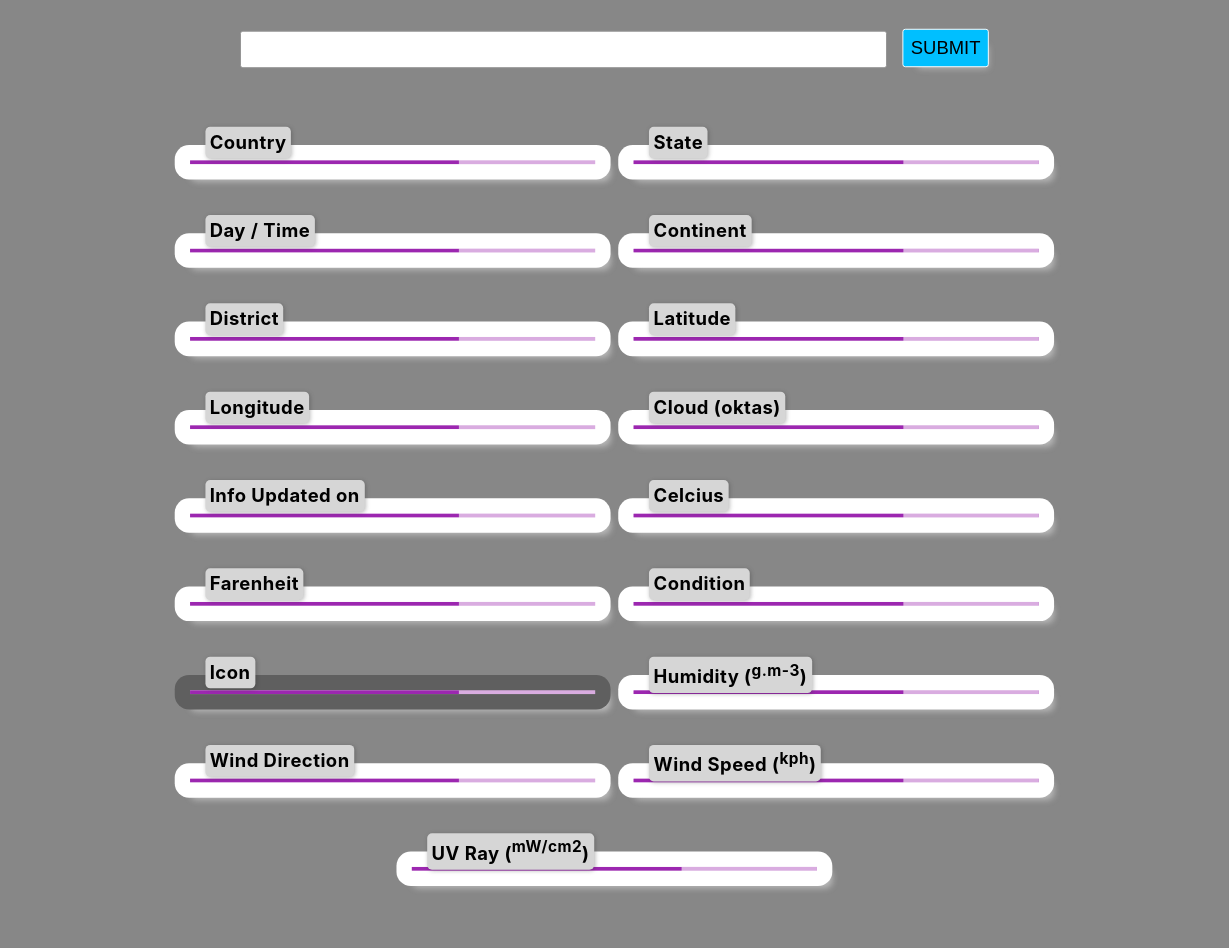
Repository: Imprasna/practising-API
Page: /
An editor plug-in stored every save of this project. The page is shown before and after the next save, followed by the edit.
The browser window is 1280 px wide. The pictures show the whole page, at 96% of full size.
The project was rebuilt for these pictures with package versions that can differ from the ones it lists, and the page was loaded fresh each time. Also part of the build but not shown: src/component/Country.js, src/component/Region.js, src/component/Time.js, src/component/Continent.js, src/component/District.js, src/component/Cloud.js, src/component/UpdatedWeather.js, src/component/Celcius.js and 9 more.

Above is the page before, as saved 2021-11-12 00:07:54.

### src/App.js
import './App.css';
import Get from './Get'

function App() {
  return (
    <div className="App">
      <Get />
    </div>
  );
}

export default App;

### src/Get.js
import React, { useState } from "react";
import axios from "axios";
// import moment from 'moment';
import Country from "./component/Country";
import Region from "./component/Region";
import Time from "./component/Time";
import Continent from "./component/Continent";
import District from "./component/District";
import Cloud from "./component/Cloud";
import UpdatedWeather from "./component/UpdatedWeather";
import Celcius from "./component/Celcius";
import Farenheit from "./component/Farenheit";
import Latitude from "./component/Latitude";
import Longitude from "./component/Longitude";
import Condition from "./component/Condition";
import Icon from "./component/Icon";
import Humidity from "./component/Humidity";
import WindDirection from "./component/WindDirection";
import WindSpeed from "./component/WindSpeed";
import Uv from "./component/Uv";
import "./component/style.css";
// import CircularProgress from '@mui/material/CircularProgress';
import LinearProgress from '@mui/material/LinearProgress';



const Get = () => {
	const [getPost, setGetPost] = useState([]);
	const [loading, setLoading] = useState(false);
	const [values, setValues] = useState({ cities: "" });

	React.useEffect =
		(() => {
			getData();

			const CName = () => {
				setGetPost(getPost);
			};
			CName();
		},
		[]);

		const getData = async () =>
		{
			const city = values.cities;
			try {
				const res = await axios.get(
					`http://api.weatherapi.com/v1/current.json?key=b572a200fc624a6a85671436211310&q=${city}&aqi=yes`
					);
				setTimeout(function ()
				{
					// console.log(res.data.current);
					// console.log(res.data.location);
					// setGetPost(res.data);
					(setGetPost(res.data))
					setLoading(true);
				}, 3000);

			console.log(getPost);
			// console.log(res.data.current);
			// setGetPost({res});
		} catch (err) {
			console.log(err);
		}
	};
	console.log(getPost);

	const onChangeHandler = (e) => {
		const name = e.target.name;
		const value = e.target.value;

		// here values is the state name
		let inputValues = values;
		inputValues[name] = value;
		setValues({ ...inputValues });
		setLoading(false);
	};

	return (
		<>
			<input
				className="search-box"
				type="text"
				value={values.cities}
				name="cities"
				onChange={(e) => onChangeHandler(e)}
			/>
			<button className="button" onClick={getData}>
				Submit
			</button>

			<div className="whole">
				<div className="Country">
					{loading ? (<Country CName={getPost} />) : (<LinearProgress  color="secondary"  />)}
					<h1>Country</h1>
				</div>

				<div className="region">
				{loading ? (<Region CName={getPost} />) : (<LinearProgress  color="secondary"  />) }
					<h1>State</h1>

				</div>

				<div className="time">
				{loading ? (<Time CName={getPost} />) : (<LinearProgress  color="secondary"  />) }
					<h1>Day / Time</h1>

				</div>

				<div className="continent">
				{loading ? (<Continent CName={getPost} />) : (<LinearProgress  color="secondary"  />) }
					<h1>Continent</h1>

				</div>

				<div className="district">
				{loading ? (<District CName={getPost} />) : (<LinearProgress  color="secondary"  />) }
					<h1>District</h1>

				</div>

				<div className="lat">
				{loading ? (<Latitude CName={getPost} />) : (<LinearProgress  color="secondary"  />) }
					<h1>Latitude</h1>

				</div>

				<div className="lon">
				{loading ? (<Longitude CName={getPost} />) : (<LinearProgress  color="secondary"  />) }
					<h1>Longitude</h1>

				</div>

				<div className="cloud">
				{loading ? (<Cloud CName={getPost} />) : (<LinearProgress  color="secondary"  />) }
					<h1>Cloud (oktas)</h1>

				</div>

				<div className="upt">
				{loading ? (<UpdatedWeather CName={getPost} />) : (<LinearProgress  color="secondary"  />) }
					<h1>Info Updated on</h1>

				</div>

				<div className="cel">
				{loading ? (<Celcius CName={getPost} />) : (<LinearProgress  color="secondary"  />) }
					<h1>Celcius</h1>

				</div>

				<div className="far">
				{loading ? (<Farenheit CName={getPost} />) : (<LinearProgress  color="secondary"  />) }
					<h1>Farenheit</h1>

				</div>

				<div className="cond">
				{loading ? (<Condition CName={getPost} />) : (<LinearProgress  color="secondary"  />) }
					<h1>Condition</h1>

				</div>

				<div className="icon">
				{loading ? (<Icon CName={getPost} />) : (<LinearProgress  color="secondary"  />) }
					<h1>Icon</h1>

				</div>

				<div className="hum">
				{loading ? (<Humidity CName={getPost} />) : (<LinearProgress  color="secondary"  />) }
					<h1>
						Humidity (<sup>g.m-3</sup>)
					</h1>

				</div>


				<div className="wd">
				{loading ? (<WindDirection CName={getPost} />) : (<LinearProgress  color="secondary"  />) }
					<h1>Wind Direction</h1>

				</div>

				<div className="ws">
				{loading ? (<WindSpeed CName={getPost} />) : (<LinearProgress  color="secondary"  />) }
					<h1>
						Wind Speed (<sup>kph</sup>)
					</h1>

				</div>

				<div className="uv">
				{loading ? (<Uv CName={getPost} />) : (<LinearProgress  color="secondary"  />) }
					<h1>
						UV Ray (<sup>mW/cm2</sup>)
					</h1>

				</div>
			</div>
		</>
	);
};

export default Get;

### src/component/style.css
body {
    background: #878787;
}

.whole {
    width: 100%;
    height: 100%;
    display: flex;
    justify-content: center;
    align-items: center;
    flex-wrap: wrap;
    gap: .5rem;
    margin-bottom: 4rem;
}

.search-box {
    width: 50%;
    padding: .5rem 1rem;
    border-radius: 3px;
    border: 1px solid #929292;
    outline: none;
    font-size: 1rem;
    line-height: 1.3em;
    margin: 0 auto;
    margin-bottom: 2rem;
    margin-top: 2rem;
    margin-right: 1rem;
    text-transform: uppercase;
}

.button {
    padding: .5rem;
    outline: none;
    border: 1px solid #fff;
    box-shadow: 8px 10px 7px -8px rgba(204,204,204,0.75);
    cursor: pointer;
    font-size: 1.2rem;
    text-transform: uppercase;
    border-radius: 3px;
    background: deepskyblue;
}

.Country {
    width: 33%;
    color: #000;
    padding: 1rem;
    border-radius: 15px;
    background-color: #fff;
    box-shadow: 8px 10px 7px -8px rgba(204,204,204,0.75);
    position: relative;
    font-size: 1.1rem;
    font-weight: 600;
    letter-spacing: .5px;
    margin-top: 3rem;
}

.Country > h1 {
    position: absolute;
    top: -2rem;
    left: 2rem;
    padding: .3rem;
    background-color: #d6d6d6;
    border-radius: 5px;
    font-size: 1.2rem;
    filter: drop-shadow(1px 1px 2px rgba(44, 44, 44, 0.342));
    color: #000;
}

.region {
    width: 33%;
    color: #000;
    padding: 1rem;
    border-radius: 15px;
    background-color: #fff;
    box-shadow: 8px 10px 7px -8px rgba(204,204,204,0.75);
    position: relative;
    font-size: 1.1rem;
    font-weight: 600;
    letter-spacing: .5px;
    margin-top: 3rem;
}

.region > h1 {
    position: absolute;
    top: -2rem;
    left: 2rem;
    padding: .3rem;
    background-color: #d6d6d6;
    border-radius: 5px;
    font-size: 1.2rem;
    filter: drop-shadow(1px 1px 2px rgba(44, 44, 44, 0.342));
    color: #000;
}

.time {
    width: 33%;
    color: #000;
    padding: 1rem;
    border-radius: 15px;
    background-color: #fff;
    box-shadow: 8px 10px 7px -8px rgba(204,204,204,0.75);
    position: relative;
    font-size: 1.1rem;
    font-weight: 600;
    letter-spacing: .5px;
    margin-top: 3rem;
}

.time > h1 {
    position: absolute;
    top: -2rem;
    left: 2rem;
    padding: .3rem;
    background-color: #d6d6d6;
    border-radius: 5px;
    font-size: 1.2rem;
    filter: drop-shadow(1px 1px 2px rgba(44, 44, 44, 0.342));
    color: #000;
}

.continent {
    width: 33%;
    color: #000;
    padding: 1rem;
    border-radius: 15px;
    background-color: #fff;
    box-shadow: 8px 10px 7px -8px rgba(204,204,204,0.75);
    position: relative;
    font-size: 1.1rem;
    font-weight: 600;
    letter-spacing: .5px;
    margin-top: 3rem;
}

.continent > h1 {
    position: absolute;
    top: -2rem;
    left: 2rem;
    padding: .3rem;
    background-color: #d6d6d6;
    border-radius: 5px;
    font-size: 1.2rem;
    filter: drop-shadow(1px 1px 2px rgba(44, 44, 44, 0.342));
    color: #000;
}

.district {
    width: 33%;
    color: #000;
    padding: 1rem;
    border-radius: 15px;
    background-color: #fff;
    box-shadow: 8px 10px 7px -8px rgba(204,204,204,0.75);
    position: relative;
    font-size: 1.1rem;
    font-weight: 600;
    letter-spacing: .5px;
    margin-top: 3rem;
}

.district > h1 {
    position: absolute;
    top: -2rem;
    left: 2rem;
    padding: .3rem;
    background-color: #d6d6d6;
    border-radius: 5px;
    font-size: 1.2rem;
    filter: drop-shadow(1px 1px 2px rgba(44, 44, 44, 0.342));
    color: #000;
}

.lat {
    width: 33%;
    color: #000;
    padding: 1rem;
    border-radius: 15px;
    background-color: #fff;
    box-shadow: 8px 10px 7px -8px rgba(204,204,204,0.75);
    position: relative;
    font-size: 1.1rem;
    font-weight: 600;
    letter-spacing: .5px;
    margin-top: 3rem;
}

.lat > h1 {
    position: absolute;
    top: -2rem;
    left: 2rem;
    padding: .3rem;
    background-color: #d6d6d6;
    border-radius: 5px;
    font-size: 1.2rem;
    filter: drop-shadow(1px 1px 2px rgba(44, 44, 44, 0.342));
    color: #000;
}

.lon {
    width: 33%;
    color: #000;
    padding: 1rem;
    border-radius: 15px;
    background-color: #fff;
    box-shadow: 8px 10px 7px -8px rgba(204,204,204,0.75);
    position: relative;
    font-size: 1.1rem;
    font-weight: 600;
    letter-spacing: .5px;
    margin-top: 3rem;
}

.lon > h1 {
    position: absolute;
    top: -2rem;
    left: 2rem;
    padding: .3rem;
    background-color: #d6d6d6;
    border-radius: 5px;
    font-size: 1.2rem;
    filter: drop-shadow(1px 1px 2px rgba(44, 44, 44, 0.342));
    color: #000;
}

.cloud {
    width: 33%;
    color: #000;
    padding: 1rem;
    border-radius: 15px;
    background-color: #fff;
    box-shadow: 8px 10px 7px -8px rgba(204,204,204,0.75);
    position: relative;
    font-size: 1.1rem;
    font-weight: 600;
    letter-spacing: .5px;
    margin-top: 3rem;
}

.cloud > h1 {
    position: absolute;
    top: -2rem;
    left: 2rem;
    padding: .3rem;
    background-color: #d6d6d6;
    border-radius: 5px;
    font-size: 1.2rem;
    filter: drop-shadow(1px 1px 2px rgba(44, 44, 44, 0.342));
    color: #000;
}

.upt {
    width: 33%;
    color: #000;
    padding: 1rem;
    border-radius: 15px;
    background-color: #fff;
    box-shadow: 8px 10px 7px -8px rgba(204,204,204,0.75);
    position: relative;
    font-size: 1.1rem;
    font-weight: 600;
    letter-spacing: .5px;
    margin-top: 3rem;
}

.upt > h1 {
    position: absolute;
    top: -2rem;
    left: 2rem;
    padding: .3rem;
    background-color: #d6d6d6;
    border-radius: 5px;
    font-size: 1.2rem;
    filter: drop-shadow(1px 1px 2px rgba(44, 44, 44, 0.342));
    color: #000;
}

.cel {
    width: 33%;
    color: #000;
    padding: 1rem;
    border-radius: 15px;
    background-color: #fff;
    box-shadow: 8px 10px 7px -8px rgba(204,204,204,0.75);
    position: relative;
    font-size: 1.1rem;
    font-weight: 600;
    letter-spacing: .5px;
    margin-top: 3rem;
}

.cel > h1 {
    position: absolute;
    top: -2rem;
    left: 2rem;
    padding: .3rem;
    background-color: #d6d6d6;
    border-radius: 5px;
    font-size: 1.2rem;
    filter: drop-shadow(1px 1px 2px rgba(44, 44, 44, 0.342));
    color: #000;
}

.far {
    width: 33%;
    color: #000;
    padding: 1rem;
    border-radius: 15px;
    background-color: #fff;
    box-shadow: 8px 10px 7px -8px rgba(204,204,204,0.75);
    position: relative;
    font-size: 1.1rem;
    font-weight: 600;
    letter-spacing: .5px;
    margin-top: 3rem;
}

.far > h1 {
    position: absolute;
    top: -2rem;
    left: 2rem;
    padding: .3rem;
    background-color: #d6d6d6;
    border-radius: 5px;
    font-size: 1.2rem;
    filter: drop-shadow(1px 1px 2px rgba(44, 44, 44, 0.342));
    color: #000;
}

.cond {
    width: 33%;
    color: #000;
    padding: 1rem;
    border-radius: 15px;
    background-color: #fff;
    box-shadow: 8px 10px 7px -8px rgba(204,204,204,0.75);
    position: relative;
    font-size: 1.1rem;
    font-weight: 600;
    letter-spacing: .5px;
    margin-top: 3rem;
}

.cond > h1 {
    position: absolute;
    top: -2rem;
    left: 2rem;
    padding: .3rem;
    background-color: #d6d6d6;
    border-radius: 5px;
    font-size: 1.2rem;
    filter: drop-shadow(1px 1px 2px rgba(44, 44, 44, 0.342));
    color: #000;
}


.icon {
    width: 33%;
    color: #000;
    padding: 1rem;
    border-radius: 15px;
    background-color: #5f5f5f;
    box-shadow: 8px 10px 7px -8px rgba(204,204,204,0.75);
    position: relative;
    font-size: 1.1rem;
    font-weight: 600;
    letter-spacing: .5px;
    margin-top: 3rem;
}

.icon > h1 {
    position: absolute;
    top: -2rem;
    left: 2rem;
    padding: .3rem;
    background-color: #d6d6d6;
    border-radius: 5px;
    font-size: 1.2rem;
    filter: drop-shadow(1px 1px 2px rgba(44, 44, 44, 0.342));
    color: #000;
}

.hum {
    width: 33%;
    color: #000;
    padding: 1rem;
    border-radius: 15px;
    background-color: #fff;
    box-shadow: 8px 10px 7px -8px rgba(204,204,204,0.75);
    position: relative;
    font-size: 1.1rem;
    font-weight: 600;
    letter-spacing: .5px;
    margin-top: 3rem;
}

.hum > h1 {
    position: absolute;
    top: -2rem;
    left: 2rem;
    padding: .3rem;
    background-color: #d6d6d6;
    border-radius: 5px;
    font-size: 1.2rem;
    filter: drop-shadow(1px 1px 2px rgba(44, 44, 44, 0.342));
    color: #000;
}

.wd {
    width: 33%;
    color: #000;
    padding: 1rem;
    border-radius: 15px;
    background-color: #fff;
    box-shadow: 8px 10px 7px -8px rgba(204,204,204,0.75);
    position: relative;
    font-size: 1.1rem;
    font-weight: 600;
    letter-spacing: .5px;
    margin-top: 3rem;
}

.wd > h1 {
    position: absolute;
    top: -2rem;
    left: 2rem;
    padding: .3rem;
    background-color: #d6d6d6;
    border-radius: 5px;
    font-size: 1.2rem;
    filter: drop-shadow(1px 1px 2px rgba(44, 44, 44, 0.342));
    color: #000;
}

.ws {
    width: 33%;
    color: #000;
    padding: 1rem;
    border-radius: 15px;
    background-color: #fff;
    box-shadow: 8px 10px 7px -8px rgba(204,204,204,0.75);
    position: relative;
    font-size: 1.1rem;
    font-weight: 600;
    letter-spacing: .5px;
    margin-top: 3rem;
}

.ws > h1 {
    position: absolute;
    top: -2rem;
    left: 2rem;
    padding: .3rem;
    background-color: #d6d6d6;
    border-radius: 5px;
    font-size: 1.2rem;
    filter: drop-shadow(1px 1px 2px rgba(44, 44, 44, 0.342));
    color: #000;
}

.uv {
    width: 33%;
    color: #000;
    padding: 1rem;
    border-radius: 15px;
    background-color: #fff;
    box-shadow: 8px 10px 7px -8px rgba(204,204,204,0.75);
    position: relative;
    font-size: 1.1rem;
    font-weight: 600;
    letter-spacing: .5px;
    margin-top: 3rem;
}

.uv > h1 {
    position: absolute;
    top: -2rem;
    left: 2rem;
    padding: .3rem;
    background-color: #d6d6d6;
    border-radius: 5px;
    font-size: 1.2rem;
    filter: drop-shadow(1px 1px 2px rgba(44, 44, 44, 0.342));
    color: #000;
}

Loaded but not shown: public/index.html (common file); src/index.js (common file); src/index.css (common file); src/App.css (common file)

After the next save:
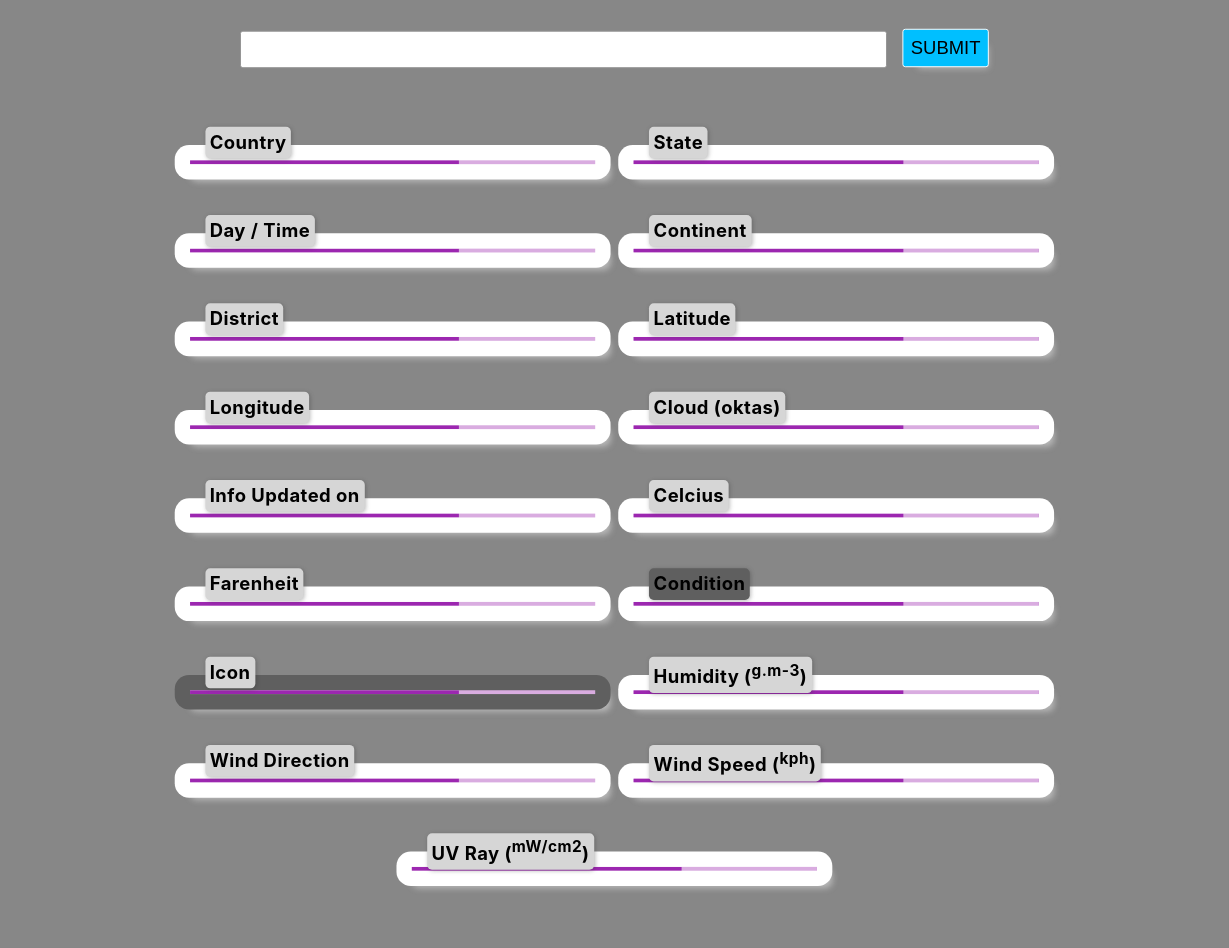
Saved 78 s later.
--- a/src/component/style.css
+++ b/src/component/style.css
@@ -345,7 +345,7 @@
     top: -2rem;
     left: 2rem;
     padding: .3rem;
-    background-color: #d6d6d6;
+    background-color: #5f5f5f;
     border-radius: 5px;
     font-size: 1.2rem;
     filter: drop-shadow(1px 1px 2px rgba(44, 44, 44, 0.342));

After the save that followed:
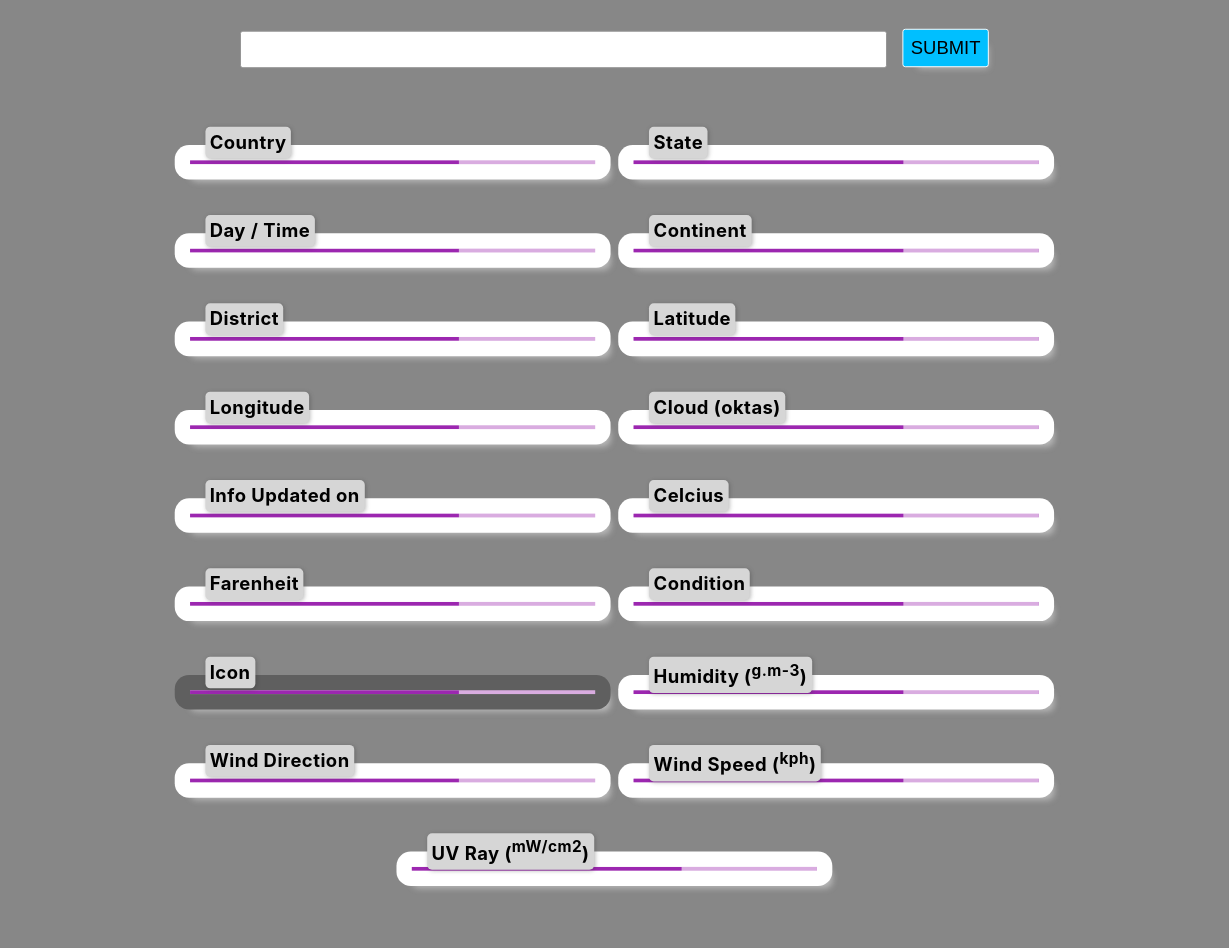
Saved 6 s later.
--- a/src/component/style.css
+++ b/src/component/style.css
@@ -345,20 +345,20 @@
     top: -2rem;
     left: 2rem;
     padding: .3rem;
+    background-color: #d6d6d6;
+    border-radius: 5px;
+    font-size: 1.2rem;
+    filter: drop-shadow(1px 1px 2px rgba(44, 44, 44, 0.342));
+    color: #000;
+}
+
+
+.icon {
+    width: 33%;
+    color: #000;
+    padding: 1rem;
+    border-radius: 15px;
     background-color: #5f5f5f;
-    border-radius: 5px;
-    font-size: 1.2rem;
-    filter: drop-shadow(1px 1px 2px rgba(44, 44, 44, 0.342));
-    color: #000;
-}
-
-
-.icon {
-    width: 33%;
-    color: #000;
-    padding: 1rem;
-    border-radius: 15px;
-    background-color: #5f5f5f;
     box-shadow: 8px 10px 7px -8px rgba(204,204,204,0.75);
     position: relative;
     font-size: 1.1rem;
